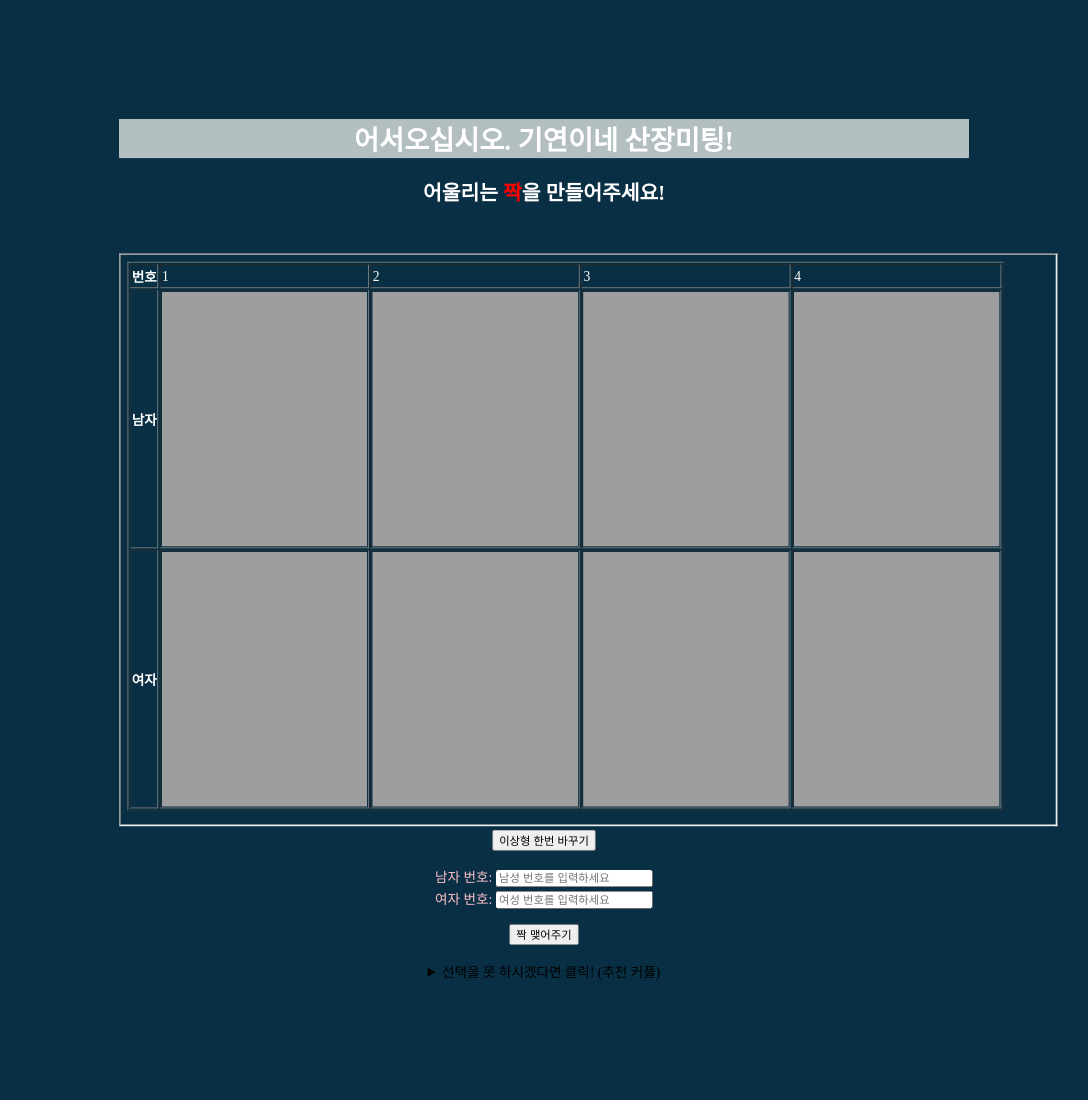
Repository: trapezer84/JSP
Page: http://localhost/AEA_Assignment/
The author's editor kept a copy of each file at every save. The page is drawn from the files as they stood at one save, then again after the next save.
The browser window is 1280 px wide. The pictures show the whole page, at 85% of full size.
The page is served by Tomcat 9. Other server files are loaded and not shown.

Above is the page before, as saved 2016-02-05 00:27:37.

### AEA_Assignment/WebContent/index.jsp
<%@ page language="java" contentType="text/html; charset=UTF-8"
	pageEncoding="UTF-8"%>
<!DOCTYPE html>
<html>
<head>
<meta http-equiv="Content-Type" content="text/html; charset=UTF-8">
<title>기연이네 산장미팅</title>
</head>
<body bgcolor="#082f43" style ="margin:140px">

	<div style="background: #B3BEC0; color: white; padding: 120">
		<h1 align="center">어서오십시오. 기연이네 산장미팅!</h1>
	</div>

	<div align="center" style="color: white">
		<h2>
			어울리는 <span style="color: red">짝</span>을 만들어주세요!
		</h2>

	</div>

	<br />

	<br />
	<div align="center">
		<iframe name="display" src="./showIdealType.jsp" width="1100"
			height="670"></iframe>
	</div>

	<div align="center" >
		<a href="./showother.jsp" target="display">
		<input type="button" value="이상형 한번 바꾸기">
		</a>
		<br />
		<br />
	</div>

	<div align="center" style="color: pink">
		<form method="post" action="/AEA_Assignment/result">
			남자 번호: <input type="text" name="man" placeholder="남성 번호를 입력하세요"><br>
			여자 번호: <input type="text" name="woman" placeholder="여성 번호를 입력하세요"><br>
			<br /> <input type="submit" value="짝 맺어주기">
		</form>

		<br />

		<details style="color: black">
			<summary>선택을 못 하시겠다면 클릭! (추천 커플)</summary>
			<p>1번 3번</p>
			<p>2번 4번</p>
			<p>3번 1번</p>
			<p>4번 2번</p>
		</details>

	</div>

</body>
</html>

### AEA_Assignment/WebContent/showIdealType.jsp
<%@ page language="java" contentType="text/html; charset=UTF-8"
	pageEncoding="UTF-8"%>
<!DOCTYPE html PUBLIC "-//W3C//DTD HTML 4.01 Transitional//EN" "http://www.w3.org/TR/html4/loose.dtd">
<html>
<head>
<meta http-equiv="Content-Type" content="text/html; charset=UTF-8">
<title>Insert title here</title>
</head>
<body>

	<div>
		<table border="1" style="color:white">
			<tr>
				<th>번호</th>
				<td>1</td>
				<td>2</td>
				<td>3</td>
				<td>4</td>
			</tr>
			<tr>
				<th>남자</th>
				<td><img alt=""
					src="http://www.fashionseoul.com/wp-content/uploads/2014/02/20140203_TNGT_LeeJinWook-1.jpg"
					width="242" height="300"></td>
				<td><img
					src="https://s-media-cache-ak0.pinimg.com/236x/2a/0d/40/2a0d40b832ada4ad59a0372a74af5a98.jpg"
					width="242" height="300"></td>
				<td><img
					src="http://www.justmedia.co.kr/news/photo/201512/1105_809_2311.jpg"
					width="242" height="300"></td>
				<td><img
					src="http://pds.joins.com/news/component/osen/201106/14/201106141123772500_1.jpg"
					width="242" height="300"></td>
			</tr>

			<tr>
				<th>여자</th>
				<td><img
					src="http://thestar.chosun.com/site/data/img_dir/2011/02/18/2011021800649_0.jpg"
					width="242" height="300"></td>
				<td><img
					src="http://www.iworldtoday.com/news/photo/201602/185426_59589_165.jpg"
					width="242" height="300"></td>
				<td><img
					src="http://img.etoday.co.kr/pto_db/2015/07/600/20150729095216_684468_656_870.jpg"
					width="242" height="300"></td>
				<td><img
					src="https://file2.instiz.net/data/file2/2015/11/19/1/3/3/1331ca94dce6692b630b56d3acc72d41.jpg"
					width="242" height="300"></td>
			</tr>

		</table>
	</div>

</body>
</html>

After the next save:
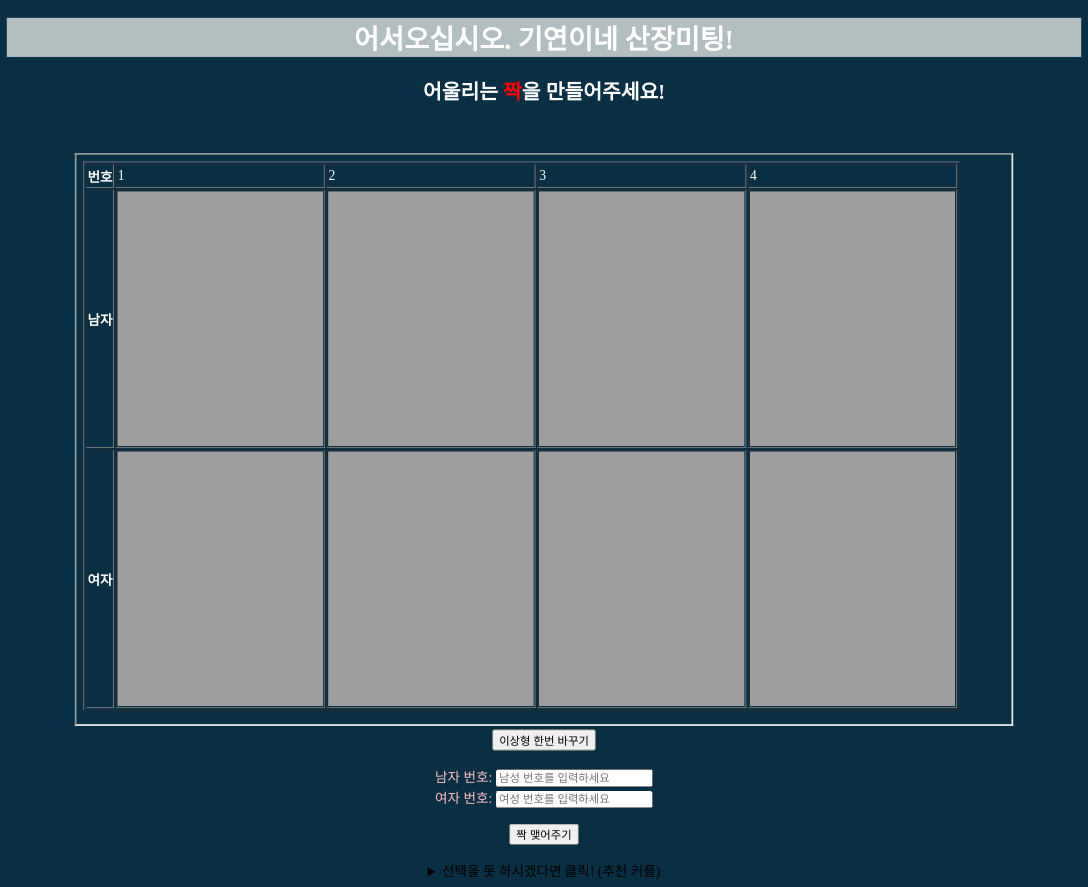
Saved 16 s later.
--- a/AEA_Assignment/WebContent/index.jsp
+++ b/AEA_Assignment/WebContent/index.jsp
@@ -6,7 +6,7 @@
 <meta http-equiv="Content-Type" content="text/html; charset=UTF-8">
 <title>기연이네 산장미팅</title>
 </head>
-<body bgcolor="#082f43" style ="margin:140px">
+<body bgcolor="#082f43" >
 
 	<div style="background: #B3BEC0; color: white; padding: 120">
 		<h1 align="center">어서오십시오. 기연이네 산장미팅!</h1>
